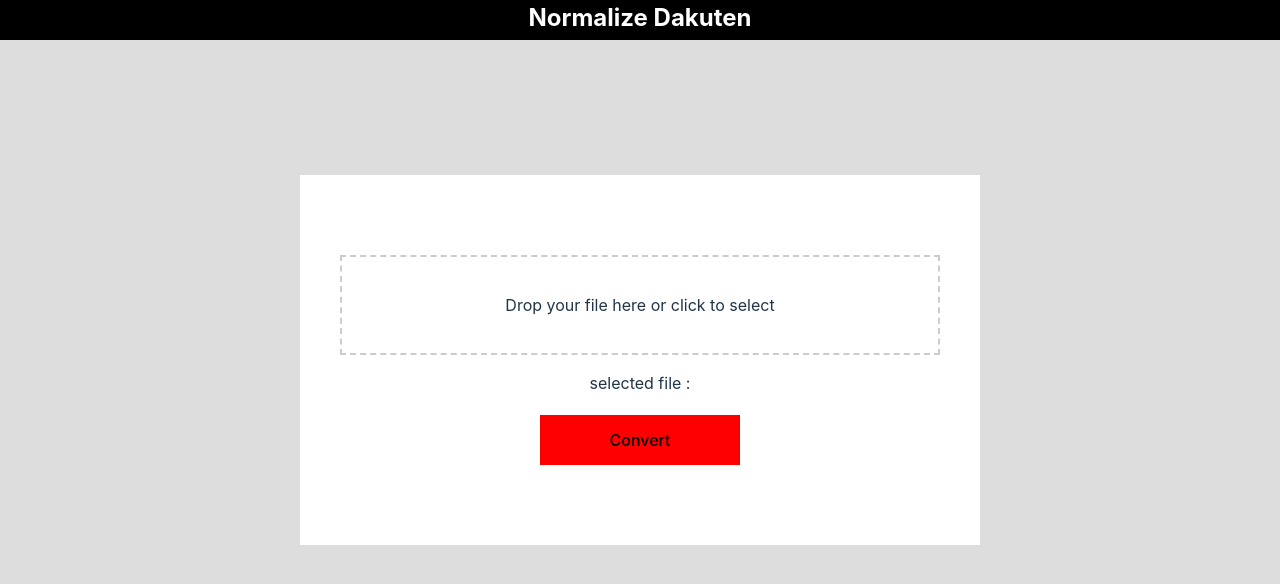
Repository: CatHandsService/normalize_dakuten
Page: / (app in front/)
These files come from the project's save history. The page is drawn as it stood at one moment and after the next save; the edit follows.
The browser window is 1280 px wide. The pictures show the whole page.
The project was rebuilt for these pictures with package versions that can differ from the ones it lists, and the page was loaded fresh each time. Also part of the build but not shown: front/vite.config.ts.

Above is the page before, as saved 2024-01-27 17:18:39.

After the next save:
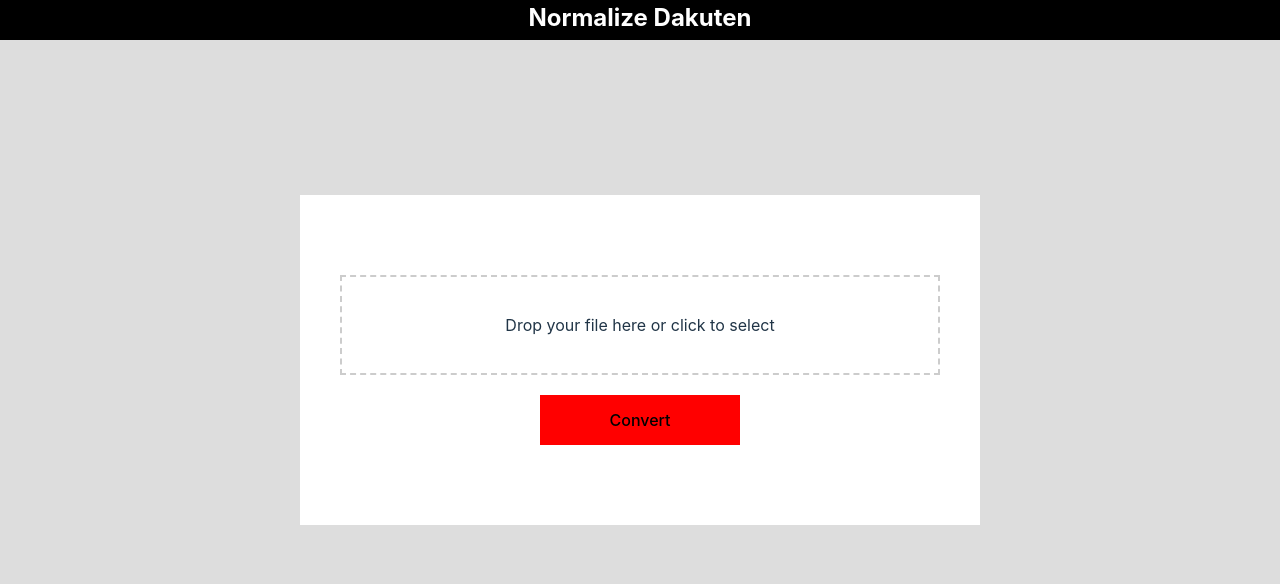
Saved 70 s later.
--- a/front/src/components/ImportFile.tsx
+++ b/front/src/components/ImportFile.tsx
@@ -56,7 +56,11 @@ export const ImportFile = () => {
               : null
         }
       </div>
-      <p className='message'>selected file : {fileName}</p>
+
+      {selectedFile &&
+        <p className='message'>selected file : {fileName}</p>
+      }
+
       <Convert selectedFile={selectedFile}/>
     </div>
   );
